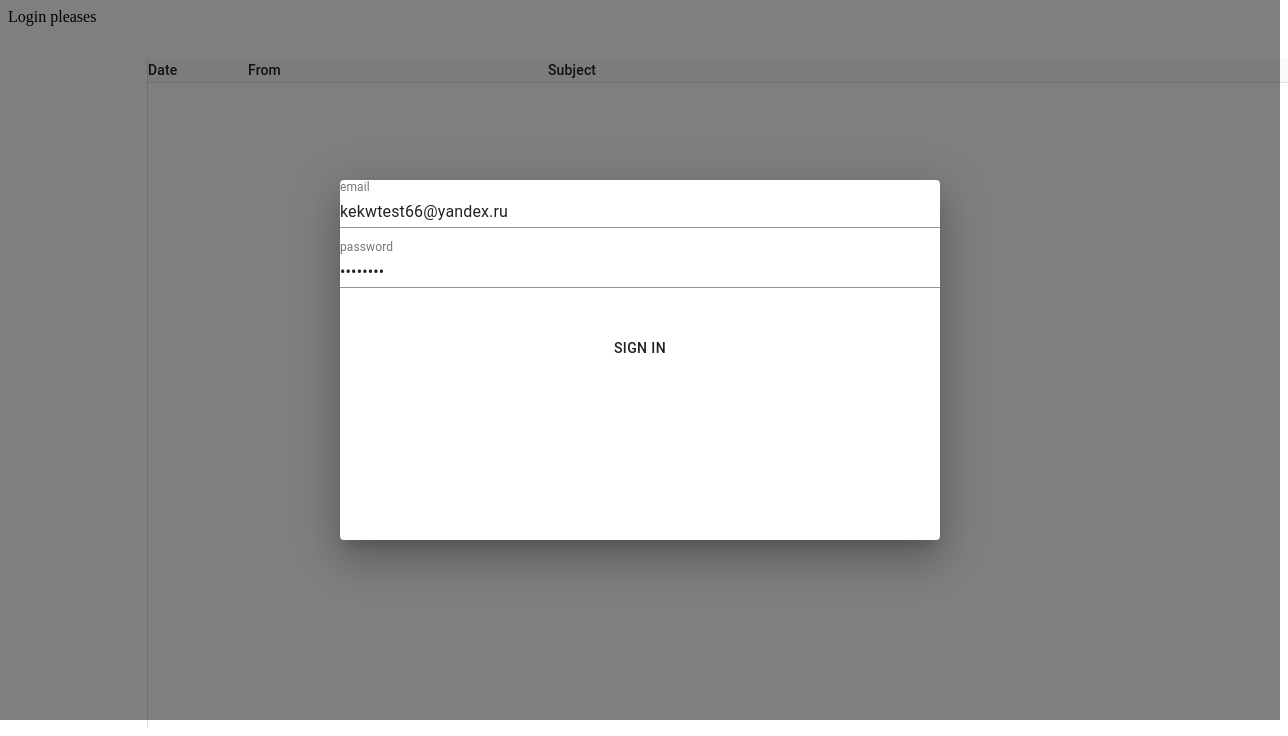
Repository: atakhanovrodion/mailclient
Page: / (app in client/)
An editor plug-in stored every save of this project. The page is shown before and after the next save, followed by the edit.
The browser window is 1280 px wide. The page is 1288 px wide, so the pictures cover 1288 px, including what lies to the right of the window. The pictures show the whole page.
The project was rebuilt for these pictures with package versions that can differ from the ones it lists, and the page was loaded fresh each time. Also part of the build but not shown: client/webpack.config.js, client/src/components/MessageView.tsx.

Above is the page before, as saved 2021-03-23 04:14:30.

After the next save:
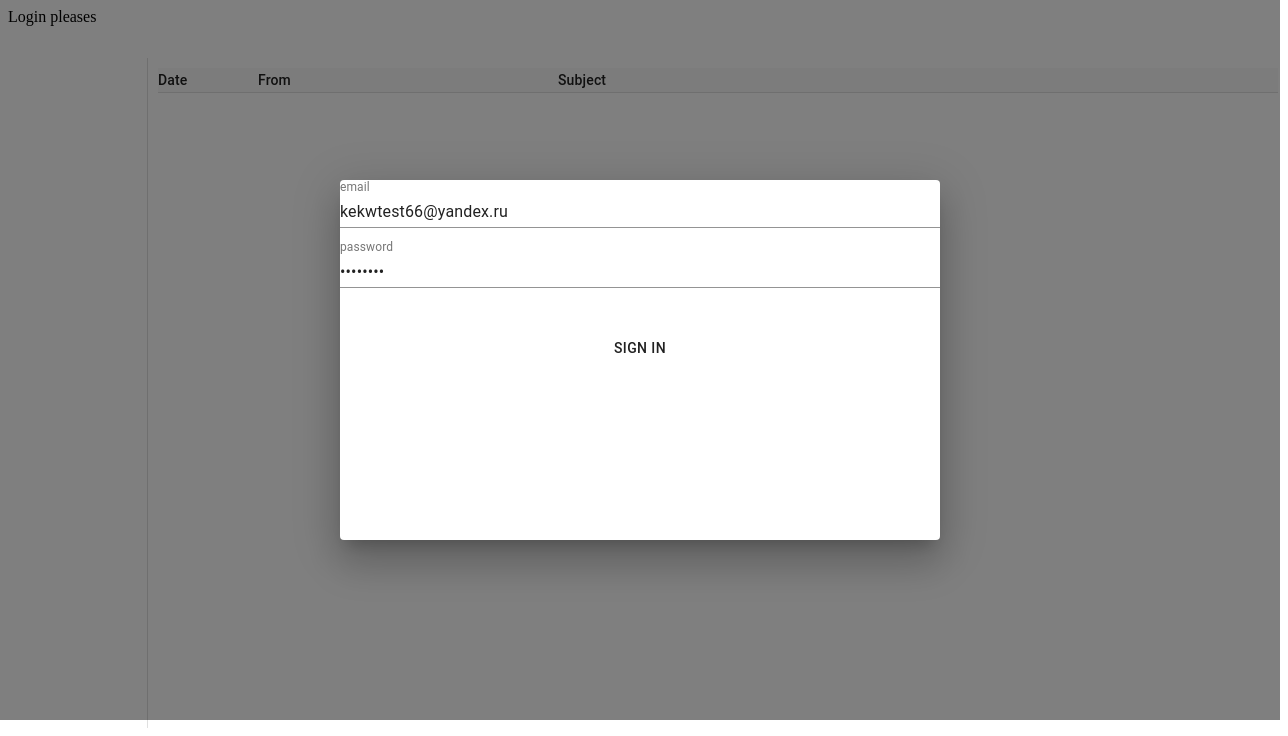
Saved 17 s later.
--- a/client/src/css/main.css
+++ b/client/src/css/main.css
@@ -24,5 +24,5 @@
   grid-template-rows: 60px 90px 1fr;
 }
 .centerArea {
-  padding: 0px;
+  padding: 10px;
 }
